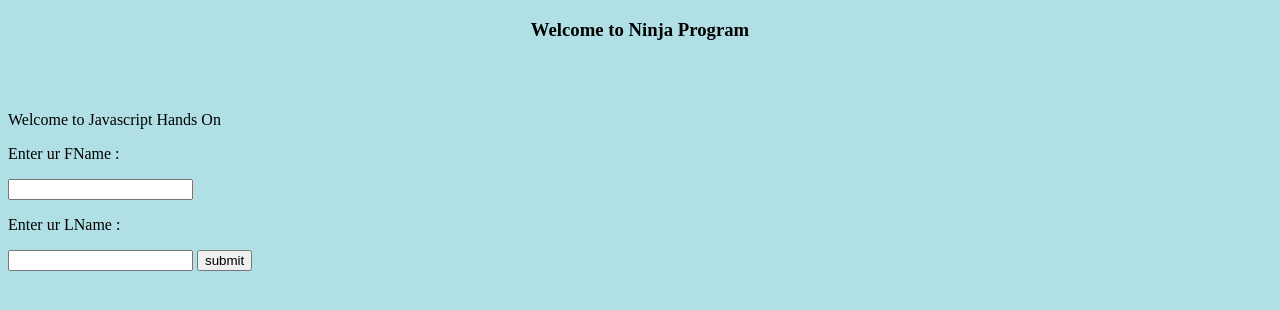
Repository: 144321/GitNinjaDynamicApp
Page: NinjaEx/WebContent/index.html
The author's editor kept a copy of each file at every save. The page is drawn from the files as they stood at one save, then again after the next save.
The browser window is 1280 px wide. The pictures show the whole page.
After loading, the first visible `button` was clicked once.

Above is the page before, as saved 2019-07-27 16:50:11.

### NinjaEx/WebContent/index.html
<!DOCTYPE html>
<html>
<head>
<meta charset="ISO-8859-1">
<title>Insert title here</title>

</head>
<body style="background-color:powderblue">
<center>
<h3>Welcome to Ninja Program</h3><br/><br/>

</center>
<div id="button">
<center>
<p> We want to Record Your Details.<br/> Please click on the below Button</p>

<button onclick="callWelcome()">Click Here</button>
</center>
</div>
<div id="demo" hidden>
	<p id="welcometext" ></p>
	<p>Enter ur FName : </p> <input id="fname" type="text" name="fname" value=""/>
	<p>Enter ur LName : </p><input id="lname" type="text" name="lname" value=""/>
	<input type="submit" name="submit" value="submit" onclick="validate()"/>

</div>


<script>
function callWelcome() {
	document.getElementById("demo").style.display="block";
  document.getElementById("welcometext").innerHTML = "Welcome to Javascript Hands On";
  document.getElementById("button").style.display="none";
}
function validate() {
	document.write("Heloo" + "&nbsp;" + document.getElementById("fname").value + "&nbsp;" + document.getElementById("lname").value);
}
</script>
</body>
</html>

After the next save:
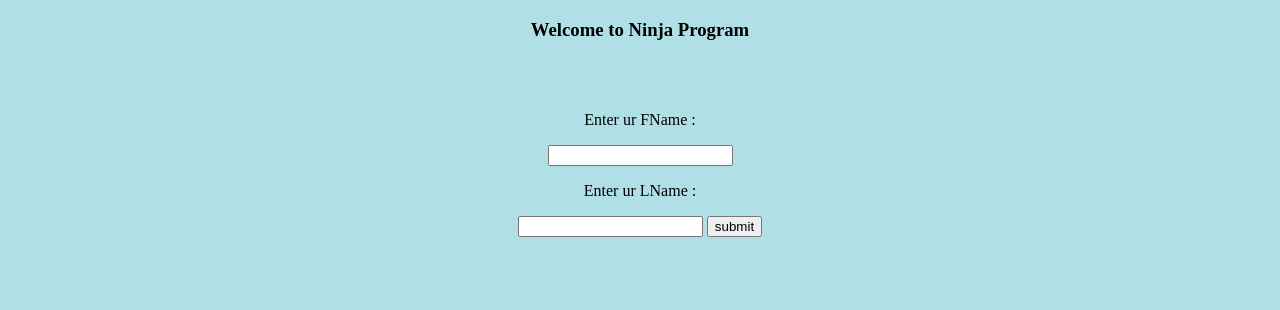
Saved 2 min 28 s later.
--- a/NinjaEx/WebContent/index.html
+++ b/NinjaEx/WebContent/index.html
@@ -18,18 +18,19 @@
 </center>
 </div>
 <div id="demo" hidden>
-	<p id="welcometext" ></p>
+<center>
+
 	<p>Enter ur FName : </p> <input id="fname" type="text" name="fname" value=""/>
 	<p>Enter ur LName : </p><input id="lname" type="text" name="lname" value=""/>
 	<input type="submit" name="submit" value="submit" onclick="validate()"/>
-
+</center>
 </div>
 
 
 <script>
 function callWelcome() {
 	document.getElementById("demo").style.display="block";
-  document.getElementById("welcometext").innerHTML = "Welcome to Javascript Hands On";
+ // document.getElementById("welcometext").innerHTML = "Welcome to Javascript Hands On";
   document.getElementById("button").style.display="none";
 }
 function validate() {
